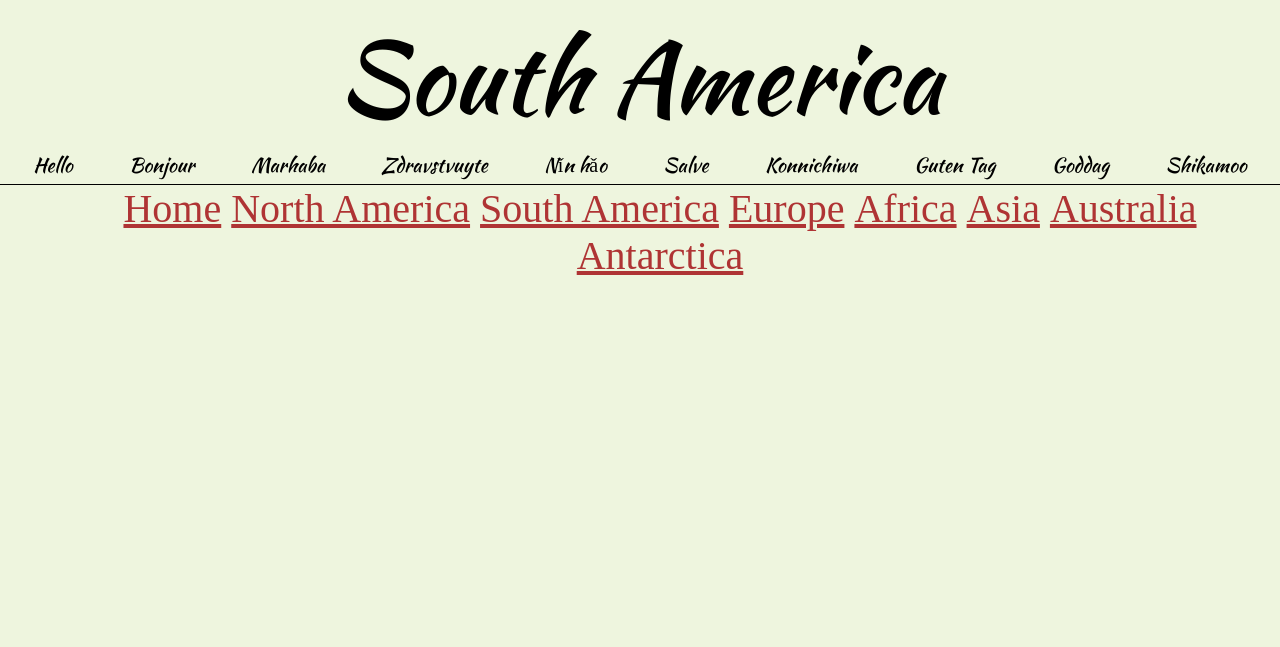
Repository: alharama/StaticWebsite
Page: sa_page.html
The author's editor kept a copy of each file at every save. The page is drawn from the files as they stood at one save, then again after the next save.
The browser window is 1280 px wide. The pictures show the whole page.

Above is the page before, as saved 2021-09-20 23:06:26.

### sa_page.html
<!DOCTYPE html>
<html>
<head>

    <title> South America </title>

    <style>

        @import url('https://fonts.googleapis.com/css2?family=Kaushan+Script&display=swap');

        header {
            text-align: center;
            padding: 5px;
            font-family: 'Kaushan Script', cursive;
            font-size: 100px;
            border-bottom: 1px solid;

        }

        body{
            background: rgb(238, 245, 222);
            margin: 0px;
        }

        .top_nav {
            width: 100%;
            font-size: 40px;
            text-align: center;
            color: red;

        }

        .top_nav ul {
            margin: 0px;
            color: blue;
        }

        .top_nav li {
            display: inline-block;

        }

        .top_nav a {
            text-decoration:underline;
            color: rgb(175, 52, 52);

        }

        .top_nav a:hover {
            background-color: lightgray;
        }


        #languages{

            display: flex;
            font-size: 20px;
            justify-content:space-around;
        }


    </style>

</head>

    <header>
        South America


        <div id="languages">
            <span>Hello</span>
            <span>Bonjour</span>
            <span>Marhaba</span>
            <span>Zdravstvuyte</span>
            <span>Nǐn hǎo</span>
            <span>Salve</span>
            <span>Konnichiwa</span>
            <span>Guten Tag</span>
            <span>Goddag</span>
            <span>Shikamoo</span>
        </div>
    </header>

    <body>

        <nav class="top_nav">
            <ul id="top_nav">
                <li><a href="/index.html">Home</a></li>
                <li><a href="/na_page.html">North America</a></li>
                <li><a href="/sa_page.html">South America</a></li>
                <li><a href="/eu_page.html">Europe</a></li>
                <li><a href="/af_page.html">Africa</a></li>
                <li><a href="/as_page.html">Asia</a></li>
                <li><a href="/au_page.html">Australia</a></li>
                <li><a href="/ant_page.html">Antarctica</a></li>
            </ul>
        </nav>








    </body>

</html>

After the next save:
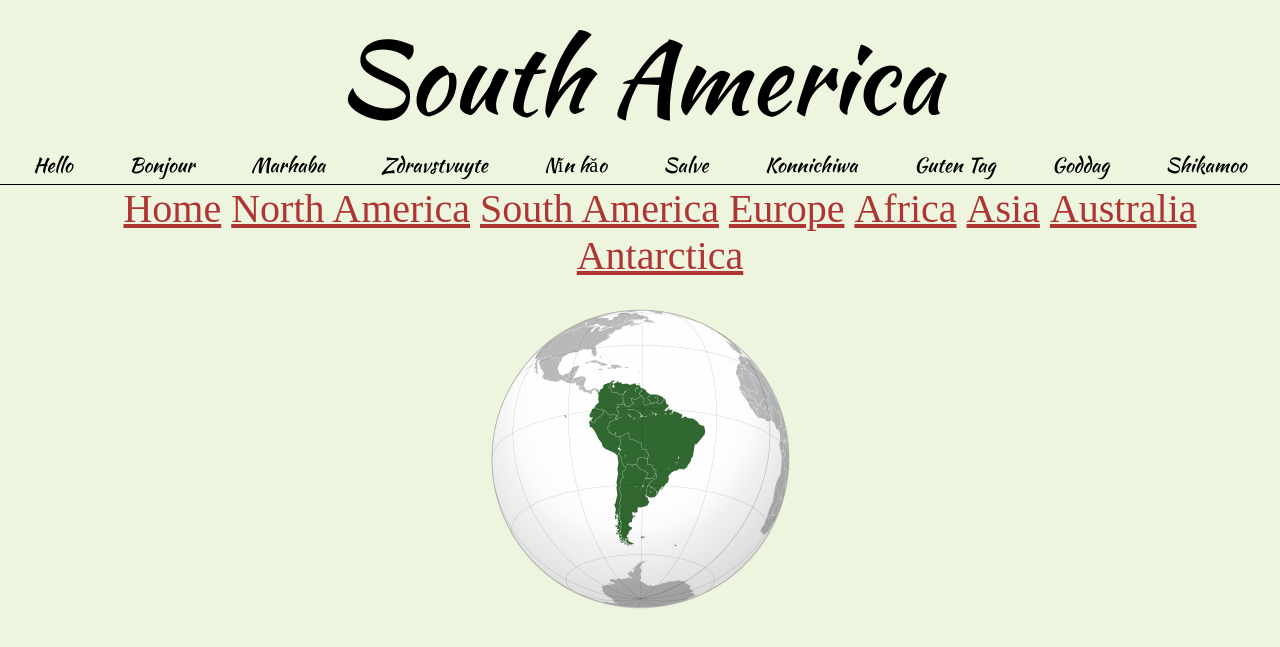
Saved 6 min 40 s later.
--- a/sa_page.html
+++ b/sa_page.html
@@ -58,6 +58,16 @@
             justify-content:space-around;
         }
 
+        #sa {
+            display: block;
+            margin-left: auto;
+            margin-right: auto;
+            margin-top: 30px;
+            width: auto;
+            height: 300px;
+
+        }
+
 
     </style>
 
@@ -97,7 +107,7 @@
         </nav>
 
 
-
+        <img id="sa" src="SouthAmerica.png" alt="South America">
 
 
 
